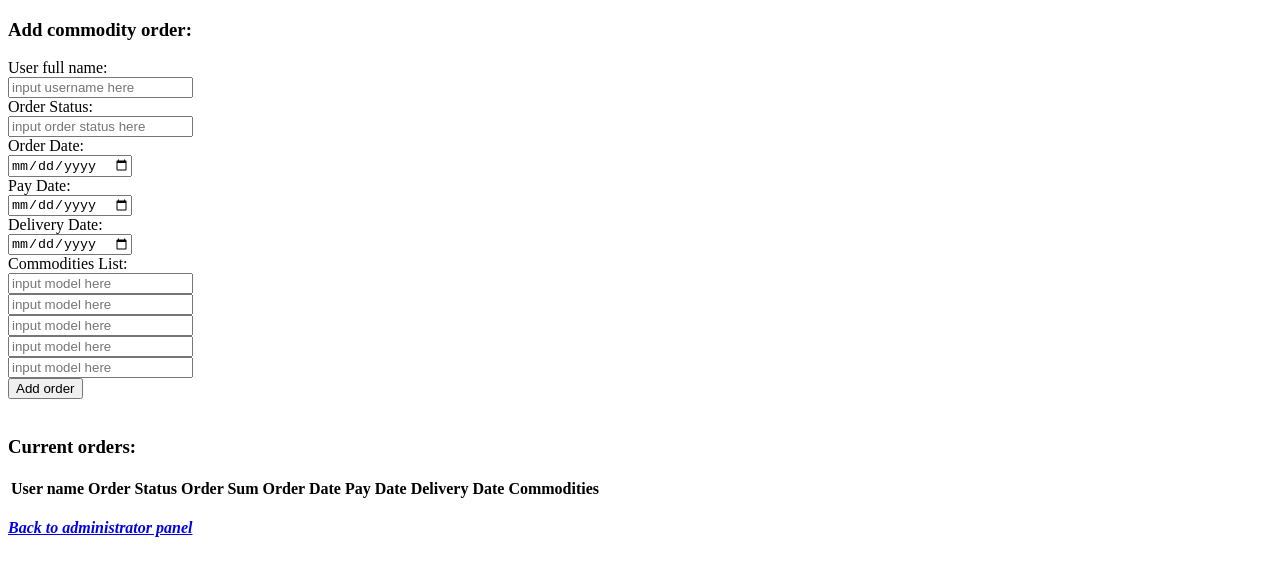
Repository: Zed180881/Zed_repo
Page: http://localhost/eShop/WEB-INF/views/adminPanel/adminCommodityOrder.jsp
The author's editor kept a copy of each file at every save. The page is drawn from the files as they stood at one save, then again after the next save.
The browser window is 1280 px wide. The pictures show the whole page.
The page is served by Tomcat 9. Nobody is signed in. The template is opened directly, without the code that normally fills it, so the values that code supplies are empty.

Above is the page before, as saved 2016-08-05 12:06:28.

After the next save:
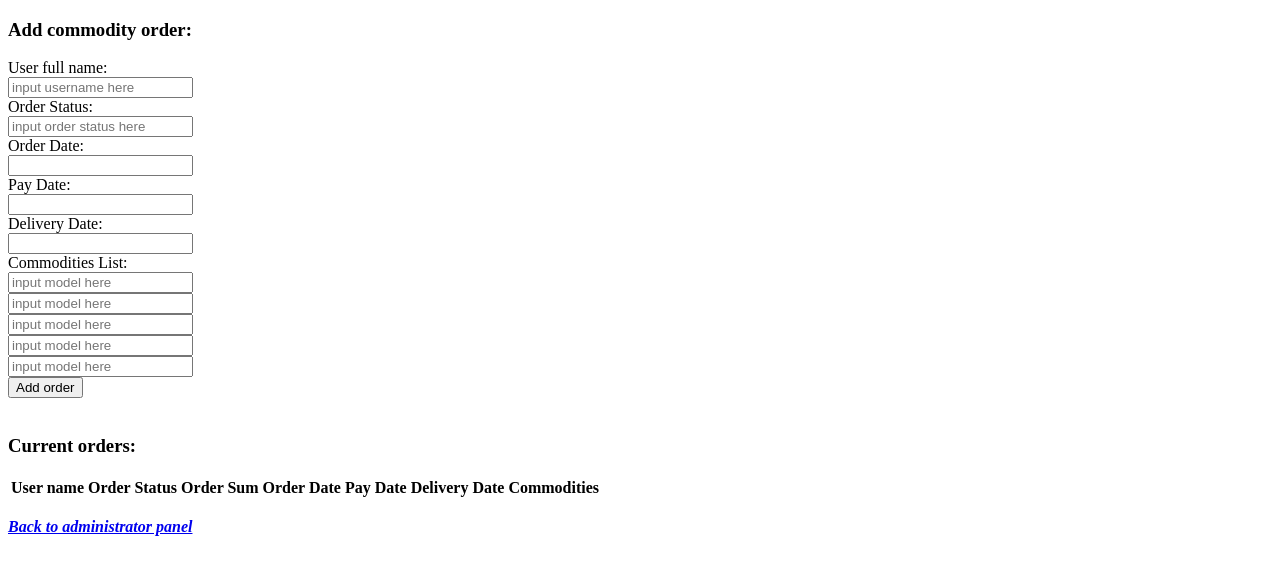
Saved 2 min 50 s later.
--- a/JavaProj/eShop/src/main/webapp/WEB-INF/views/adminPanel/adminCommodityOrder.jsp
+++ b/JavaProj/eShop/src/main/webapp/WEB-INF/views/adminPanel/adminCommodityOrder.jsp
@@ -15,11 +15,11 @@
 		<label for="orderStatusName">Order Status:</label><br>
 		<input type="text" name="orderStatusName" placeholder="input order status here" required><br>
 		<label for="orderDate">Order Date:</label><br>
-		<input type="date" name="orderDate" required><br>
+		<input type="text" name="orderDate" required><br>
 		<label for="payDate">Pay Date:</label><br>
-		<input type="date" name="payDate"><br>
+		<input type="text" name="payDate"><br>
 		<label for="deliveryDate">Delivery Date:</label><br>
-		<input type="date" name="deliveryDate"><br>
+		<input type="text" name="deliveryDate"><br>
 		<label for="commodityModel1">Commodities List:</label><br>
 		<input type="text" name="commodityModel1" placeholder="input model here" required><br>
 		<input type="text" name="commodityModel2" placeholder="input model here"><br>
